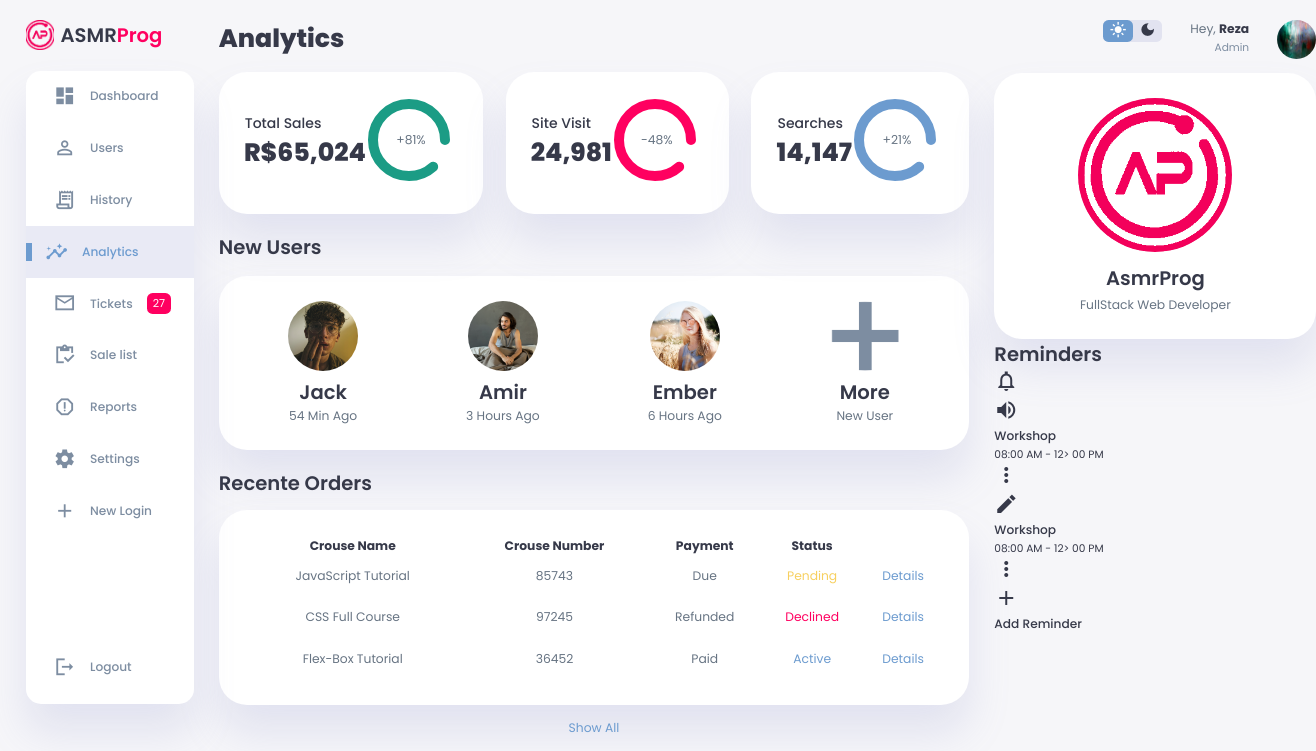
Repository: pheonix5/ProjetosRN-linux
Page: DashBoard/index.html
An editor plug-in stored every save of this project. The page is shown before and after the next save, followed by the edit.
The browser window is 1280 px wide. The page is 1316 px wide, so the pictures cover 1316 px, including what lies to the right of the window. The pictures show the whole page.

Above is the page before, as saved 2023-08-06 03:03:21.

After the next save:
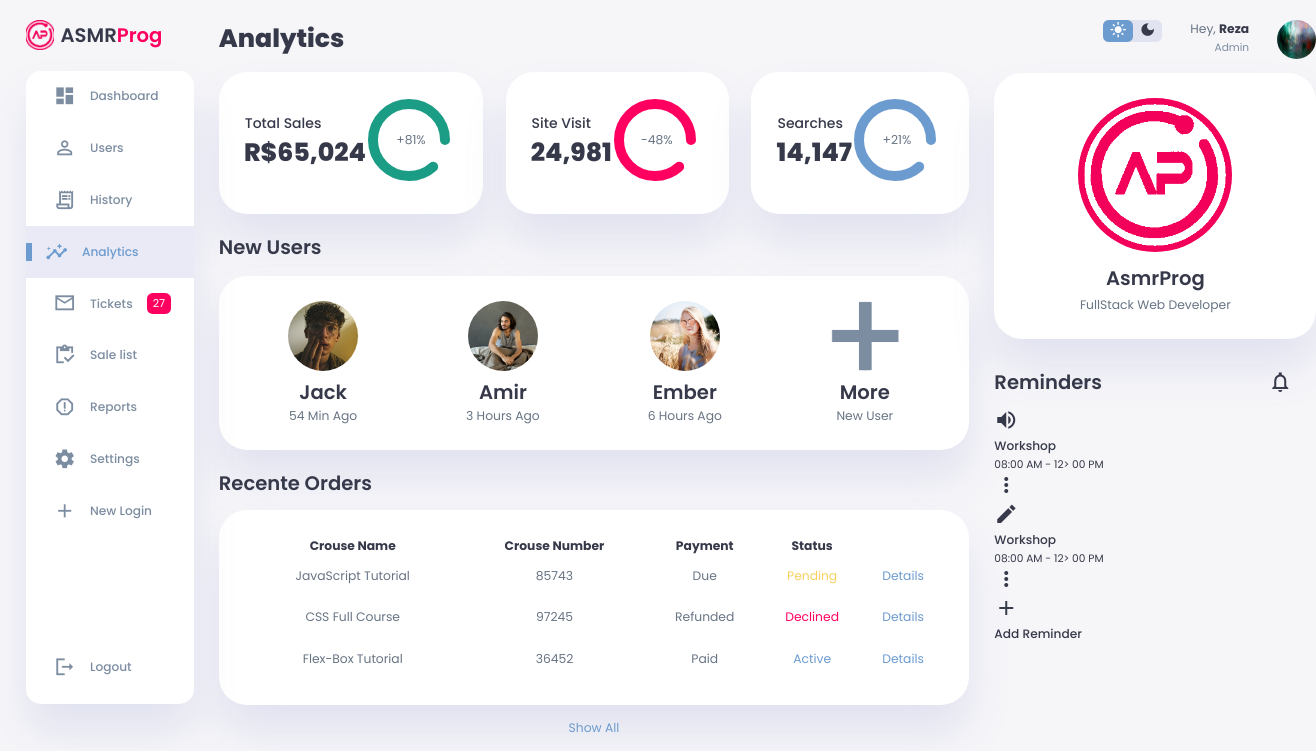
Saved 54 s later.
--- a/DashBoard/style.css
+++ b/DashBoard/style.css
@@ -457,3 +457,14 @@ main .recent-orders a{
 .right-section .user-profile h2{
   margin-bottom: 0.2rem;
 }
+
+.right-section .reminders{
+  margin-top: 2rem;
+}
+
+.right-section .reminders .header{
+  display: flex;
+  align-items: center;
+  justify-content: space-between;
+  margin-bottom: 0.8rem;
+}
